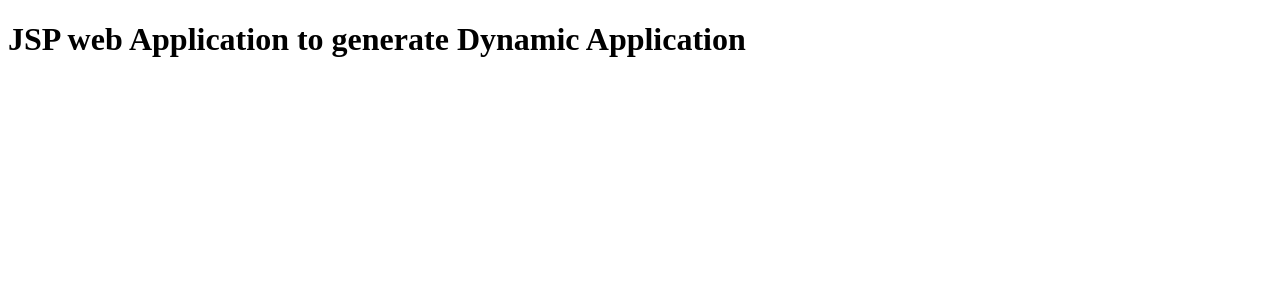
Repository: anuragtiwari3100/Java-Web-Solutions-Kit
Page: http://localhost/JsTagsAndWebAppUsingJSp/jspApp.jsp
An editor plug-in stored every save of this project. The page is shown before and after the next save, followed by the edit.
The browser window is 1280 px wide. The pictures show the whole page.
The page is served by Tomcat 9.

Above is the page before, as saved 2024-11-27 11:25:15.

After the next save:
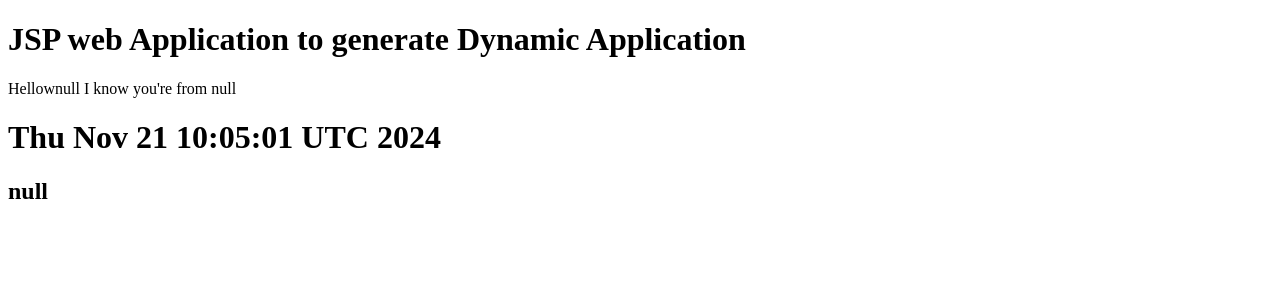
Saved 34 min 44 s later.
--- a/JspAndServlet/JsTagsAndWebAppUsingJSp/src/main/webapp/jspApp.jsp
+++ b/JspAndServlet/JsTagsAndWebAppUsingJSp/src/main/webapp/jspApp.jsp
@@ -1,12 +1,30 @@
-<%@ page language="java" contentType="text/html; charset=UTF-8"
-    pageEncoding="UTF-8"%>
-<!DOCTYPE html>
-<html>
-<head>
-<meta charset="UTF-8">
-<title>Insert title here</title>
-</head>
-<body>
-      <h1> JSP web Application to generate  Dynamic Application</h1>
-</body>
-</html>
+	<%@ page language="java" contentType="text/html; charset=UTF-8"
+	    pageEncoding="UTF-8"%>
+	<!DOCTYPE html>
+	<html>
+	<head>
+	<meta charset="UTF-8">
+	<title>Insert title here</title>
+	</head>
+	<body>
+
+
+	      <h1> JSP web Application to generate  Dynamic Application</h1>
+
+	  <%@ page import="java.util.Date" %>
+	  <%!
+	        int age =18;
+	    %>
+	  <%
+	  String  name= request.getParameter("uname");
+	    String  ucity= request.getParameter("ucity");
+
+	    Date date = new Date();
+	    out.println("Hellow"+name);
+	    out.println("I know you're from "+ucity);
+
+	  %>
+	  <h1><%=  date %></h1>
+	  <h2><%= ucity %></h2>
+	</body>
+	</html>
